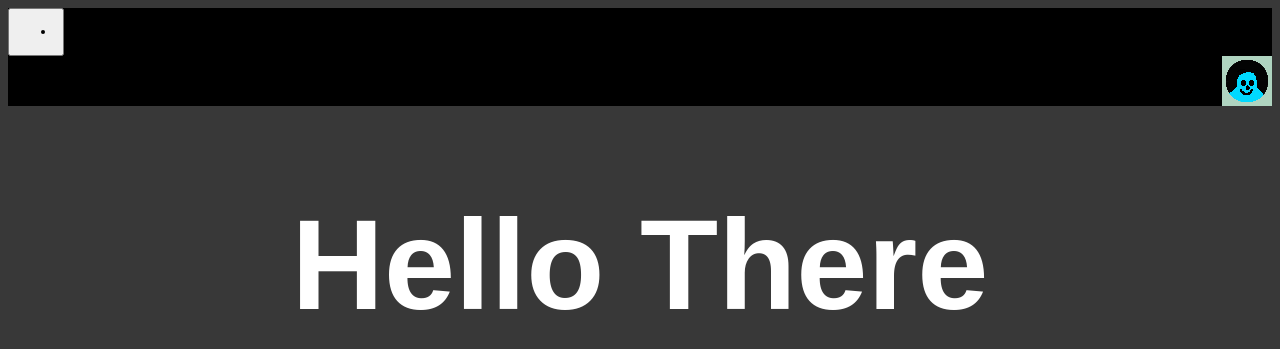
Repository: thecptwaffles/NeonWhiteAssetWebsite
Page: index.html
These files come from the project's save history. The page is drawn as it stood at one moment and after the next save; the edit follows.
The browser window is 1280 px wide. The pictures show the whole page.

Above is the page before, as saved 2022-07-01 14:34:52.

### index.html
<!DOCTYPE html>
<html lang="en">

<head>
    <meta charset="UTF-8">
    <meta http-equiv="X-UA-Compatible" content="IE=edge">
    <meta name="viewport" content="width=device-width, initial-scale=1.0">
    <title>Game Assets Website</title>
    <link rel="stylesheet" href="style.css">
</head>

<body>
    <nav>
        <button class="dropdown">
            <ul>
                <li><a href="" class="Link"></a>
                    <a href="" class="Link"></a>
                    <a href="" class="Link"></a>
                    <a href="" class="Link"></a>
                    <a href="" class="Link"></a>
                </li>
            </ul>
        </button>
        <div class="profileIcon">
            <img src="./profile.png" alt="Profile Icon">
        </div>
    </nav>
    <h1 id="welcomeMessage">Hello There</h1>
    <div id="Featured"></div>
    <script src="./app.js"></script>
</body>

</html>

### style.css
:root {
    margin: 0px;
    padding: 0px;
    background-color: #383838;
    color: white;
    --prim-font: ;
    --sec-font: ;
    --first-clr: ;
    --second-clr: ;
    --accent-clr: ;
}

.profileIcon {
    display: flex;
    align-items: right;
    justify-content: right;
}

nav {
    background-color: black;
    margin: 0;
    padding: 0;
}

#welcomeMessage {
    text-align: center;
    font-size: 10vw;
    font-family: sans-serif;
}

Loaded but not shown: app.js (no copy from this time; the picture is the same without it)

After the next save:
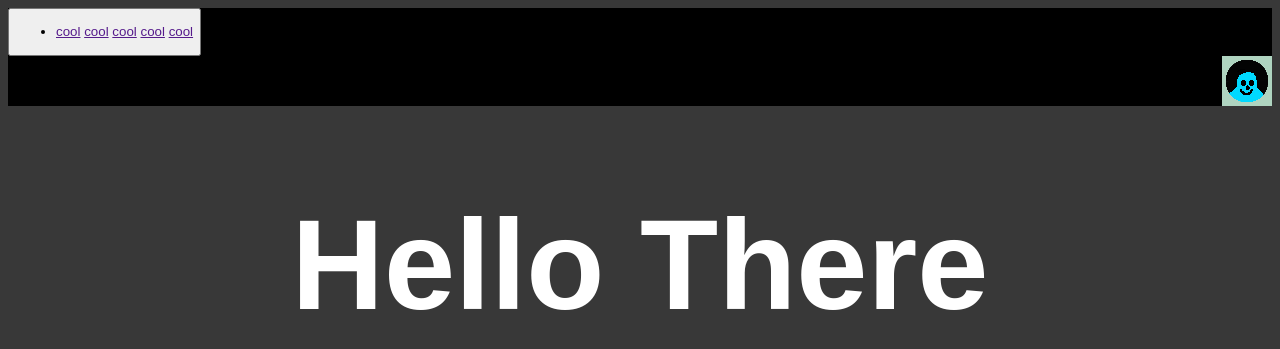
Saved 48 s later.
--- a/index.html
+++ b/index.html
@@ -13,11 +13,11 @@
     <nav>
         <button class="dropdown">
             <ul>
-                <li><a href="" class="Link"></a>
-                    <a href="" class="Link"></a>
-                    <a href="" class="Link"></a>
-                    <a href="" class="Link"></a>
-                    <a href="" class="Link"></a>
+                <li><a href="" class="Link">cool</a>
+                    <a href="" class="Link">cool</a>
+                    <a href="" class="Link">cool</a>
+                    <a href="" class="Link">cool</a>
+                    <a href="" class="Link">cool</a>
                 </li>
             </ul>
         </button>
